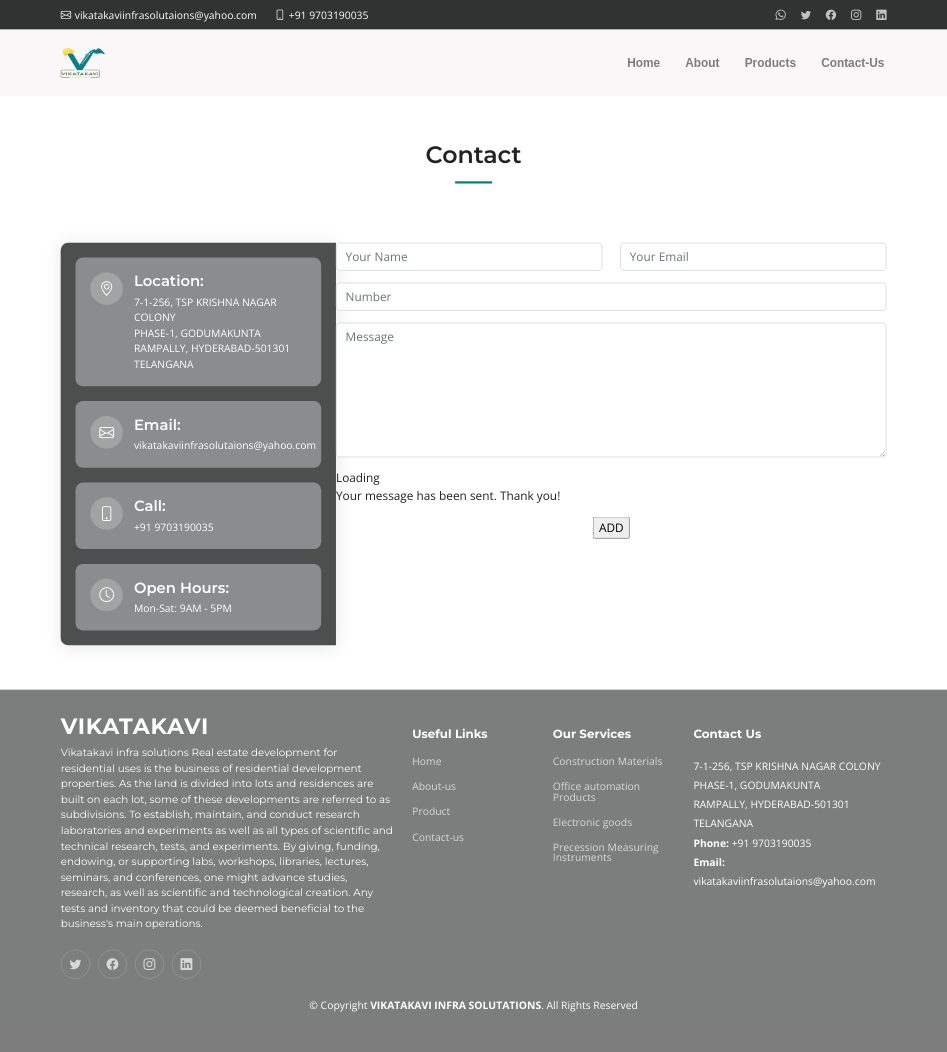
Repository: subhasissahoo181/vikatakavi
Page: Vikatikavi/src/main/webapp/contact.html
An editor plug-in stored every save of this project. The page is shown before and after the next save, followed by the edit.
The browser window is 1280 px wide. The pictures show the whole page, at 74% of full size.
Some web fonts or font styles are not loaded; a fallback is used.

Above is the page before, as saved 2023-03-26 14:24:03.

After the next save:
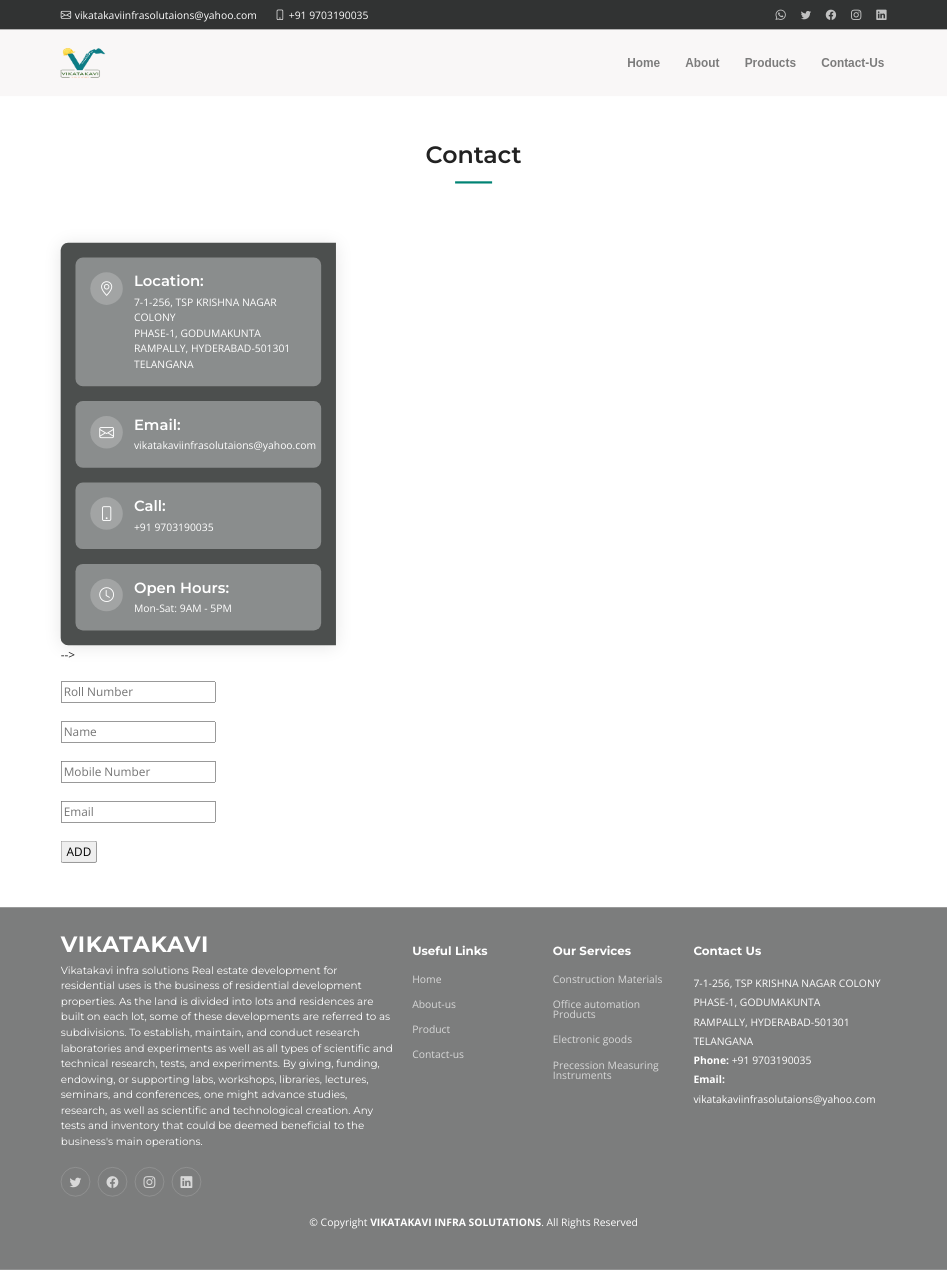
Saved 2 min 57 s later.
--- a/Vikatikavi/src/main/webapp/contact.html
+++ b/Vikatikavi/src/main/webapp/contact.html
@@ -130,7 +130,7 @@
             </div>
 
             <div class="col-lg-8">
-              <form action="contactus" method="post" >
+              <!-- <form action="contactus" method="post" >
                 <div class="row">
                   <div class="col-md-6 form-group">
                     <input type="text" name="name" class="form-control" id="name" placeholder="Your Name" required>
@@ -154,8 +154,16 @@
                 <input type="submit" value="ADD">
                 <!-- <button type="submit" value="ADD">Submit</button> -->
                 </div>
+              </form> -->
+              <form method="post" action="addstudent">
+              <input type="text" name="roll" placeholder="Roll Number"><br><br>
+              <input type="text" name="name" placeholder="Name"><br><br>
+              <input type="text" name="mobile" placeholder="Mobile Number"><br><br>
+              <input type="email" name="email" placeholder="Email"><br><br>
+              <input type="submit" value="ADD">
               </form>
-            </div><!-- End Contact Form -->
+            </div>
+            <!-- End Contact Form -->
 
           </div>
 

After the save that followed:
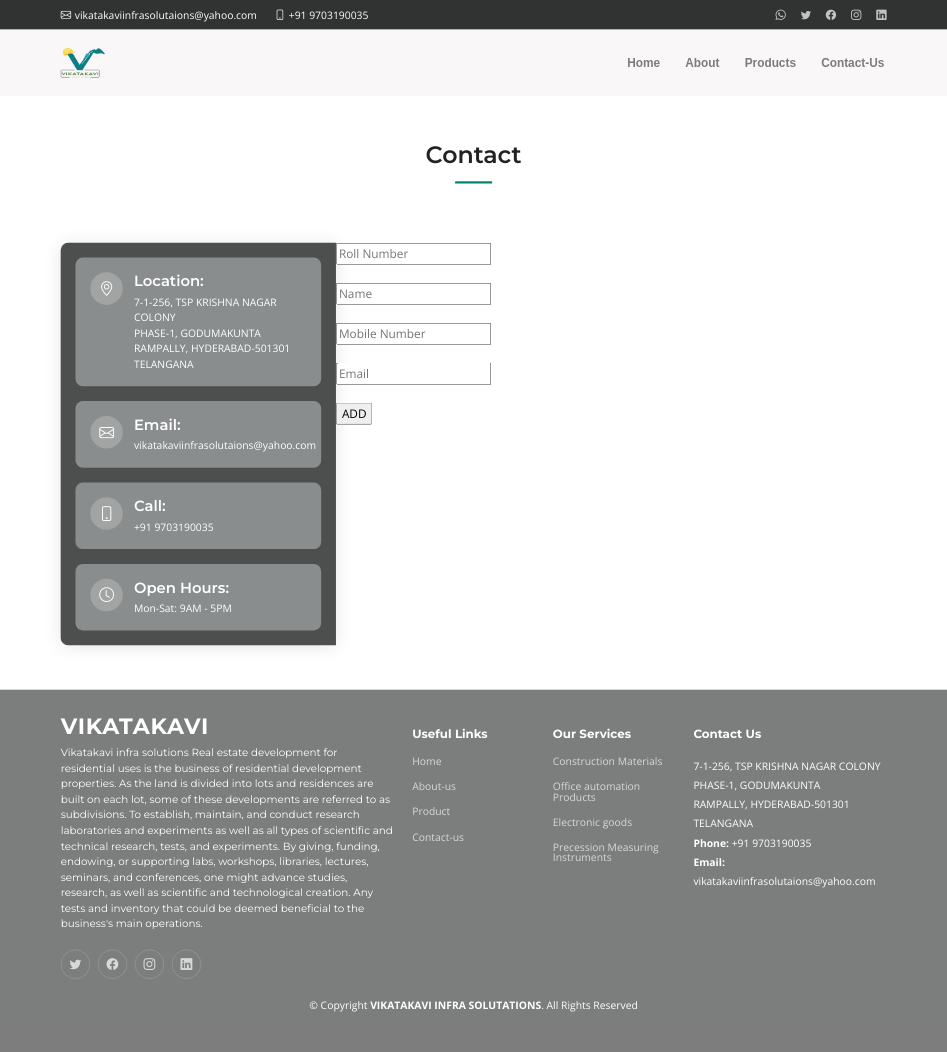
Saved 39 s later.
--- a/Vikatikavi/src/main/webapp/contact.html
+++ b/Vikatikavi/src/main/webapp/contact.html
@@ -152,9 +152,9 @@
                 </div>
                 <div class="text-center">
                 <input type="submit" value="ADD">
-                <!-- <button type="submit" value="ADD">Submit</button> -->
-                </div>
-              </form> -->
+                <!-- <button type="submit" value="ADD">Submit</button> -- >
+                </div>
+              </form>-->
               <form method="post" action="addstudent">
               <input type="text" name="roll" placeholder="Roll Number"><br><br>
               <input type="text" name="name" placeholder="Name"><br><br>
